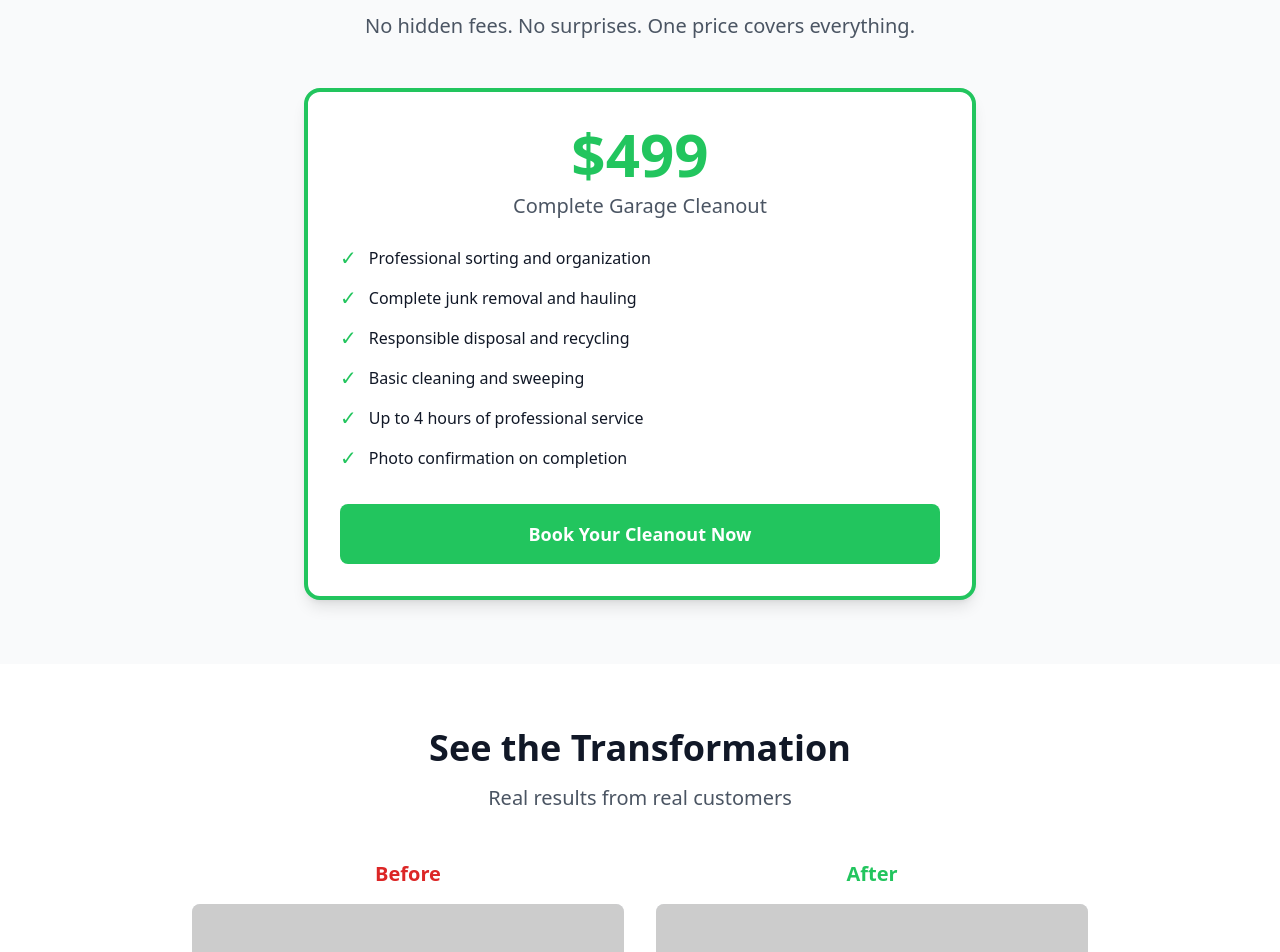
Repository: nikwhite1169/garagegone
Page: index.html
An editor plug-in stored every save of this project. The page is shown before and after the next save, followed by the edit.
The browser window is 1280 px wide. The pictures show the part of the page from y = 1264 to 2216 px (the page is 5189 px tall before and 5133 px after).
Some web libraries are served in a nearby version.

Above is the page before, as saved 2025-09-15 13:45:28.

After the next save:
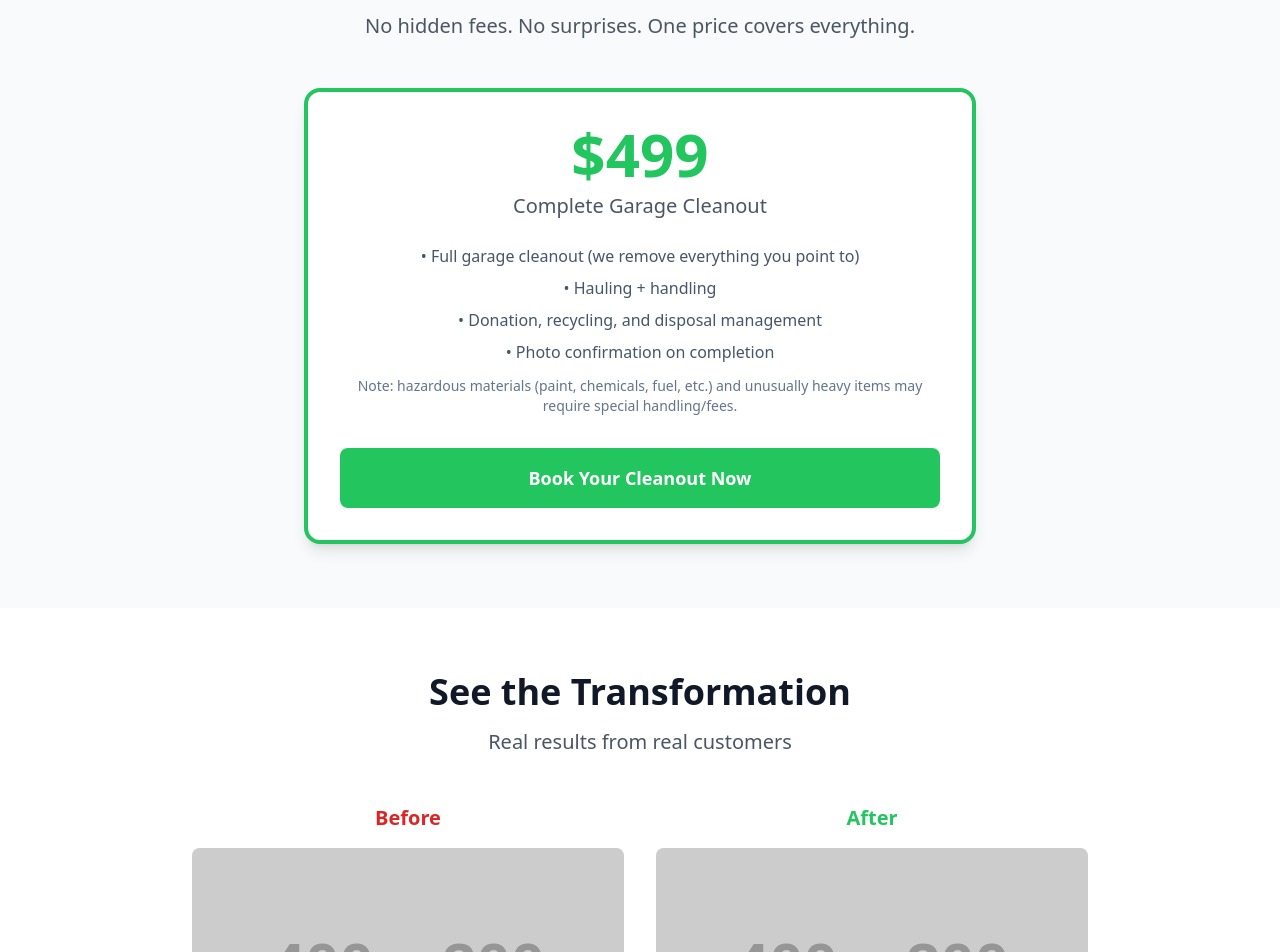
Saved 14 s later.
--- a/index.html
+++ b/index.html
@@ -222,32 +222,14 @@
                         <div class="text-6xl font-bold text-brand-green mb-2">$499</div>
                         <div class="text-xl text-gray-600 mb-6">Complete Garage Cleanout</div>
 
-                        <div class="text-left space-y-3 mb-8">
-                            <div class="flex items-center">
-                                <span class="text-brand-green text-xl mr-3">✓</span>
-                                <span>Professional sorting and organization</span>
-                            </div>
-                            <div class="flex items-center">
-                                <span class="text-brand-green text-xl mr-3">✓</span>
-                                <span>Complete junk removal and hauling</span>
-                            </div>
-                            <div class="flex items-center">
-                                <span class="text-brand-green text-xl mr-3">✓</span>
-                                <span>Responsible disposal and recycling</span>
-                            </div>
-                            <div class="flex items-center">
-                                <span class="text-brand-green text-xl mr-3">✓</span>
-                                <span>Basic cleaning and sweeping</span>
-                            </div>
-                            <div class="flex items-center">
-                                <span class="text-brand-green text-xl mr-3">✓</span>
-                                <span>Up to 4 hours of professional service</span>
-                            </div>
-                            <div class="flex items-center">
-                                <span class="text-brand-green text-xl mr-3">✓</span>
-                                <span>Photo confirmation on completion</span>
-                            </div>
-                        </div>
+                        <ul class="mt-3 text-slate-600 space-y-2">
+                          <li>• Full garage cleanout (we remove everything you point to)</li>
+                          <li>• Hauling + handling</li>
+                          <li>• Donation, recycling, and disposal management</li>
+                          <li>• Photo confirmation on completion</li>
+                        </ul>
+                        <p class="mt-3 text-sm text-slate-500">Note: hazardous materials (paint, chemicals, fuel, etc.) and unusually heavy items may require special handling/fees.</p>
+                        <div class="mb-8"></div>
 
                         <a href="https://m.me/parkagain" target="_blank"
                            class="bg-brand-green text-white px-8 py-4 rounded-lg text-lg font-bold hover:bg-green-600 transition-colors w-full block text-center">
